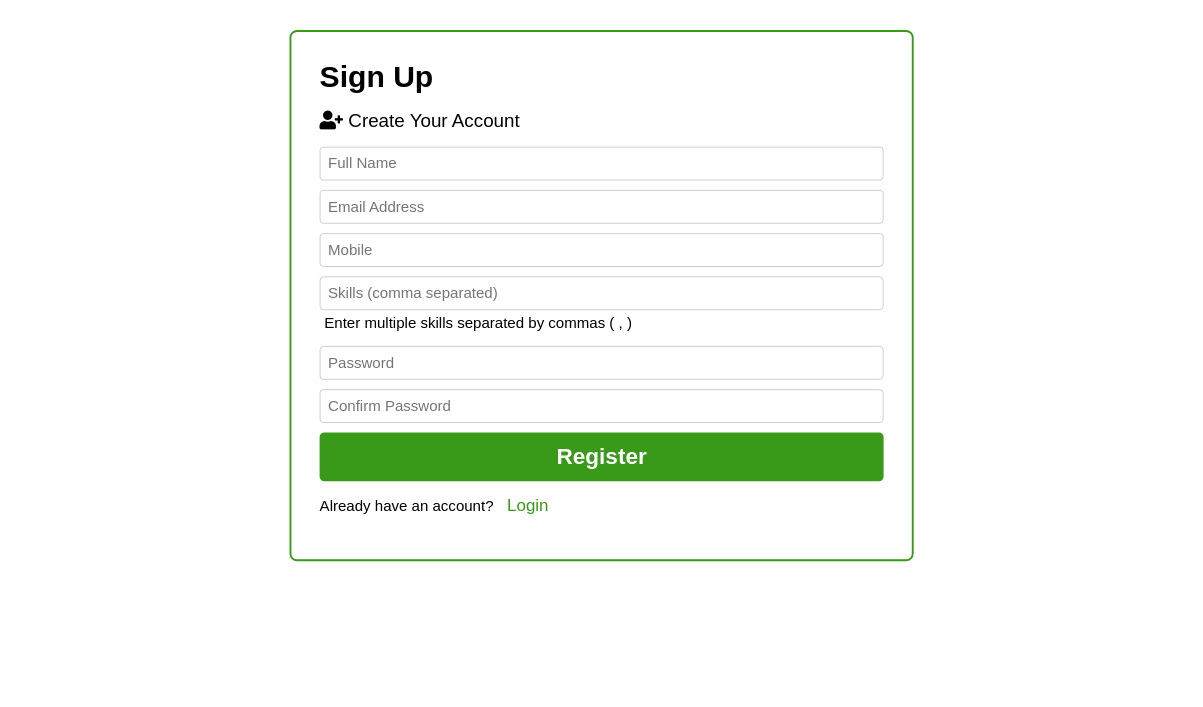
Repository: sayyad-mukthumsa-123/DevMania
Page: /register (app in frontend/)
These files come from the project's save history. The page is drawn as it stood at one moment and after the next save; the edit follows.
The browser window is 1280 px wide. The pictures show the whole page, at 94% of full size.
The project was rebuilt for these pictures with package versions that can differ from the ones it lists, and the page was loaded fresh each time. Also part of the build but not shown: frontend/src/pages/Home.js, frontend/src/pages/login.js, frontend/src/pages/Allprofiles.js, frontend/src/pages/MyProfile.js, frontend/src/pages/Indprofile.js.

Above is the page before, as saved 2025-03-01 10:41:49.

### frontend/public/index.html
<!-- public/index.html -->
<!DOCTYPE html>
<html lang="en">
<head>
  <meta charset="UTF-8">
  <meta name="viewport" content="width=device-width, initial-scale=1.0">
  <title>Developers Hub</title>
  <link rel="stylesheet" href="https://cdnjs.cloudflare.com/ajax/libs/font-awesome/5.15.3/css/all.min.css">
</head>
<body>
  <div id="root"></div>
</body>
</html>

### frontend/src/App.js
import React from 'react'
import {BrowserRouter,Route,Routes} from 'react-router-dom'
import Home from './pages/Home'
import Login from './pages/login'
import Register from './pages/register'
import Allprofiles from './pages/Allprofiles'
import MyProfile from './pages/MyProfile'
import Indprofile from './pages/Indprofile'

const App = () => {
  return (
    <div>

      <BrowserRouter>
      <Routes>
        <Route path='/' exact Component={Home}/>
        <Route path='/login' exact Component={Login}/>
        <Route path='/register' exact Component={Register}/>
        <Route path='/allprofiles' exact Component={Allprofiles}/>
        <Route path='/myprofile' exact Component={MyProfile}/>
        <Route path='/indprofile/:fullname/:email/:skill/:id' exact Component={Indprofile}/>
      </Routes>
      </BrowserRouter>
    </div>
  )
}

export default App

### frontend/src/pages/register.js
import React, { useState } from 'react';
import { Link, useNavigate } from 'react-router-dom';
import axios from 'axios';
import '../styles/styles.css';

const Register = () => {
    const [formData, setFormData] = useState({
        fullname: '',
        email: '',
        mobile: '',
        skill: '',
        password: '',
        confirmPassword: ''
    });

    const navigate = useNavigate();

    const handleChange = e => {
        setFormData({ ...formData, [e.target.name]: e.target.value });
    };

    const handleSubmit = async e => {
        e.preventDefault();

        if (formData.password !== formData.confirmPassword) {
            alert("Passwords do not match");
            return;
        }

        try {
            const response = await axios.post('http://localhost:5000/register', formData, {
                headers: {
                    'Content-Type': 'application/json',
                }
            });

            if (response.status === 200) {
                console.log('Success:', response.data);
                alert('Registration successful! Please log in.');
                navigate('/login');
            } else {
                console.error('Error:', response.statusText);
            }
        } catch (error) {
            console.error('Error:', error);
        }
    };

    return (
        <div >
            <section className="container">
                <h1 className='large'>Sign Up</h1>
                <p className='lead'><i className="fas fa-user-plus"></i> Create Your Account</p>
                <form className='form' onSubmit={handleSubmit} autoComplete='off'>
                    <div className='form-group'>
                        <input
                            type='text'
                            placeholder='Full Name'
                            name="fullname"
                            value={formData.fullname}
                            onChange={handleChange}
                            required
                        />
                    </div>
                    <div className='form-group'>
                        <input
                            type='email'
                            placeholder='Email Address'
                            name="email"
                            value={formData.email}
                            onChange={handleChange}
                            required
                        />
                    </div>
                    <div className='form-group'>
                        <input
                            type='text'
                            placeholder='Mobile'
                            name="mobile"
                            value={formData.mobile}
                            onChange={handleChange}
                            required
                        />
                    </div>
                    <div className='form-group'>
                        <input
                            type='text'
                            placeholder='Skills (comma separated)'
                            name="skill"
                            value={formData.skill}
                            onChange={handleChange}
                            required
                        />
                        <p className='form-text'>Enter multiple skills separated by commas ( , )</p>
                    </div>
                    <div className='form-group'>
                        <input
                            type='password'
                            placeholder='Password'
                            name="password"
                            value={formData.password}
                            onChange={handleChange}
                            minLength='6'
                            required
                        />
                    </div>
                    <div className='form-group'>
                        <input
                            type='password'
                            placeholder='Confirm Password'
                            name="confirmPassword"
                            value={formData.confirmPassword}
                            onChange={handleChange}
                            minLength='6'
                            required
                        />
                    </div>
                    <input type='submit' className='btn' value="Register" />
                </form>
                <p className="text">
                    Already have an account? <Link to="/login" className='link-auth'>Login</Link>
                </p>
            </section>
        </div>
    );
}

export default Register;

### frontend/src/styles/styles.css
/* General reset */
body, html {
  margin: 0;
  padding: 0;
  font-family: Arial, sans-serif;
  width: 100%;
  min-height: 100vh;

}

/* Navbar styles */
.navbar {
  display: flex;
  justify-content: space-between;
  align-items: center;
  padding: 1px !important;
  font-size: x-large;
  background-color: #22580f
}

.navbar h1 a {
  color: #ffffff;
  text-decoration: none;
}

.navbar ul {
  list-style: none;
  display: flex;
  margin: 0;
  font-size: larger;
}
.navbar ul li
{
  padding: 10px;
  transition: all 0.3s ease;
}
.navbar ul li:hover
{
  transform: scale(1.1);
}
.navbar ul li {
  margin-left: 1rem;
}

.navbar ul li a {
  color: #ffffff;
  text-decoration: none;
}

/* Landing page styles */
.landing {
  height: 100vh;
  display: flex;
  align-items: center;
  justify-content: center;
  color: white;
  position: relative;
  background: url('../images/home.png') no-repeat center center/cover;
  text-align: center;
  flex-direction: column;
}

.dark-overlay {
  position: absolute;
  top: 0;
  left: 0;
  right: 0;
  bottom: 0;
  background: rgba(0, 0, 0, 0.6); /* Adds a dark overlay for better text visibility */
  display: flex;
  flex-direction: column;
  justify-content: center;
  align-items: center;
}

.landing-inner {
  text-align: center;
  z-index: 2;
  position: relative;
  padding: 2rem;
  max-width: 800px;
}

.x-large {
  font-size: 4rem;
  font-weight: bold;
  margin-bottom: 1rem !important;
}

.lead {
  font-size: 1.5rem;
  margin-bottom: 2rem;
}

.buttons {
  display: flex;
  justify-content: center;
  gap: 1.5rem;
}

.btn, .btn-auth {
  width: auto;
  padding: 0.75rem 1.5rem;
  border: none;
  border-radius: 8px;
  cursor: pointer;
  text-decoration: none;
  font-size: 1.25rem;
  font-weight: bold;
  background-color: #399918;
  color: #ffffff;
  transition: all 0.3s ease;
}

.btn:hover,.btn-auth:hover {
  background-color:#256210;
  transition: all;
}

/* Ensure Navbar stays at the top */
.navbar {
  position: absolute;
  top: 0;
  left: 0;
  width: 100%;
  z-index: 3;
}


/* Container styles */
.container {
  width: 600px;
  margin: 2rem auto;
  padding: 30px;
  border: 2px solid #399918;
  color: black;
  border-radius: 8px;
  position: relative;
  z-index: 1; /* Ensures the container is above any background effects */
}

/* Form styles */
.form {


  display: flex;
  flex-direction: column;
}

.form-group {
  margin-bottom: 1.5rem;
}

.form-text
{
  margin:5px !important;
}


.form-group input:focus {
  border-color: #f6f7f9;
  box-shadow: 0 0 8px rgba(0, 123, 255, 0.3);
  outline: none;
}

.btn {
  display: inline-block;
  padding: 0.75rem 1.5rem;
  border: none;
  border-radius: 5px;
  cursor: pointer;
  text-decoration: none;
  font-size: 1.5rem;
  text-align: center;
}


.large {
  margin: 0 !important;
  font-size: 2rem;
  margin-bottom: 1rem;
}

.lead {
  font-size: 1.25rem;
  margin-bottom: 1rem;
}

.error {
  color: red;
  margin-top: 1rem;
}

p {
  margin-top: 1rem;
}
.link-auth{
  color:#399918;
  text-decoration: none;
  cursor: pointer;
  padding-left:10px ;
  transition: all 0.3s ease;
  display: inline-block;
  font-size: large;
}
.link-auth:hover
{
  transform: scale(1.3);
}
/* Profiles styles */
.profiles {
  display: flex;
  flex-direction: column;
  gap: 1rem;
}

.profile {
  background-color: #f4f4f4;
  padding: 1rem;
  display: flex;
  align-items: center;
  border: 1px solid #ccc;
  box-shadow: 0 4px 8px rgba(0, 0, 0, 0.1);
  border-radius: 5px;
  margin-bottom: 1rem;
}

.profile .round-img {
  width: 100px;
  border-radius: 50%;
  margin-right: 1rem;
}

.profile-info {
  flex: 1;
}

.profile-info h2 {
  margin: 0 0 0.5rem 0;
}

.profile-info p {
  margin: 0.5rem 0;
}

.profile-info .btn {
  display: inline-block;
  background-color:#399918;
  color: #fff;
  padding: 0.5rem 1rem;
  text-decoration: none;
  border-radius: 0.25rem;
  margin-top: 0.5rem;
  transition: all 0.3s ease;
}

.profile-info .btn:hover {
  transform: scale(1.1);
  background-color:#399918;
}

.profile-skills {
  list-style: none;
  padding: 0;
  display: flex;
  flex-direction: column;
  gap: 0.5rem;
  margin-left: 1rem;
  color: black;
}

.profile-skills li {
  display: flex;
  align-items: center;
  color:greenyellow;
}

.profile-skills li i {
  margin-right: 0.5rem;
}

/* GitHub Section */
.profile-github {
  margin-top: 1rem;
}

.profile-github h2 {
  margin-bottom: 1rem;
}

.repo {
  background: #fff;
  padding: 1rem;
  margin-bottom: 1rem;
  border: 1px solid #ccc;
}

.repo h4 {
  margin: 0.5rem 0;
}

.repo p {
  margin: 0.5rem 0;
}

/* Form */
.form {
  margin-top: 1rem;
}

.form-group {
  margin-bottom: 10px;
}

.form-group input {
  width:97%;
  padding: 0.5rem;
  border: 1px solid #ccc;
  border-radius: 0.25rem;
  font-size: 1rem;
}

.form-group input:focus {
  border-color: #007bff;
  outline: none;
}


/* Profile Grid */
.profile-grid {
  display: grid;
  grid-template-columns: 1fr;
  grid-gap: 1rem;
  margin-top: 1rem;
}

.profile-top {
  background: #0a0a0a;
  color: #fff;
  padding: 1rem;
  text-align: center;
}

.profile-top img {
  width: 150px;
  border-radius: 50%;
}

.profile-top h1 {
  margin: 0.5rem 0;
}

.profile-top p {
  margin: 0.5rem 0;
}
a{
  color:aqua
}
 .white-text {
  color: black;
}
 .skill-text {
  /* background-color: #5e585c16;  */
  color: #c51414;
  padding: 10px 15px;
  border-radius: 5px;
  display: flex;
  align-items: center;
  font-size: 16px;
  margin-top: 2px;
  /* box-shadow: 0 2px 4px rgba(0, 0, 0, 0.1);  */
}


.skill-text i {
  color: #28a745;
  margin-right: 30px;
}
.taskprovider
{
  color:#28a745;
  text-decoration: none;
  font-size: xx-large;
}

Loaded but not shown: frontend/src/index.js (common file); frontend/src/index.css (common file); frontend/src/reportWebVitals.js (common file)

After the next save:
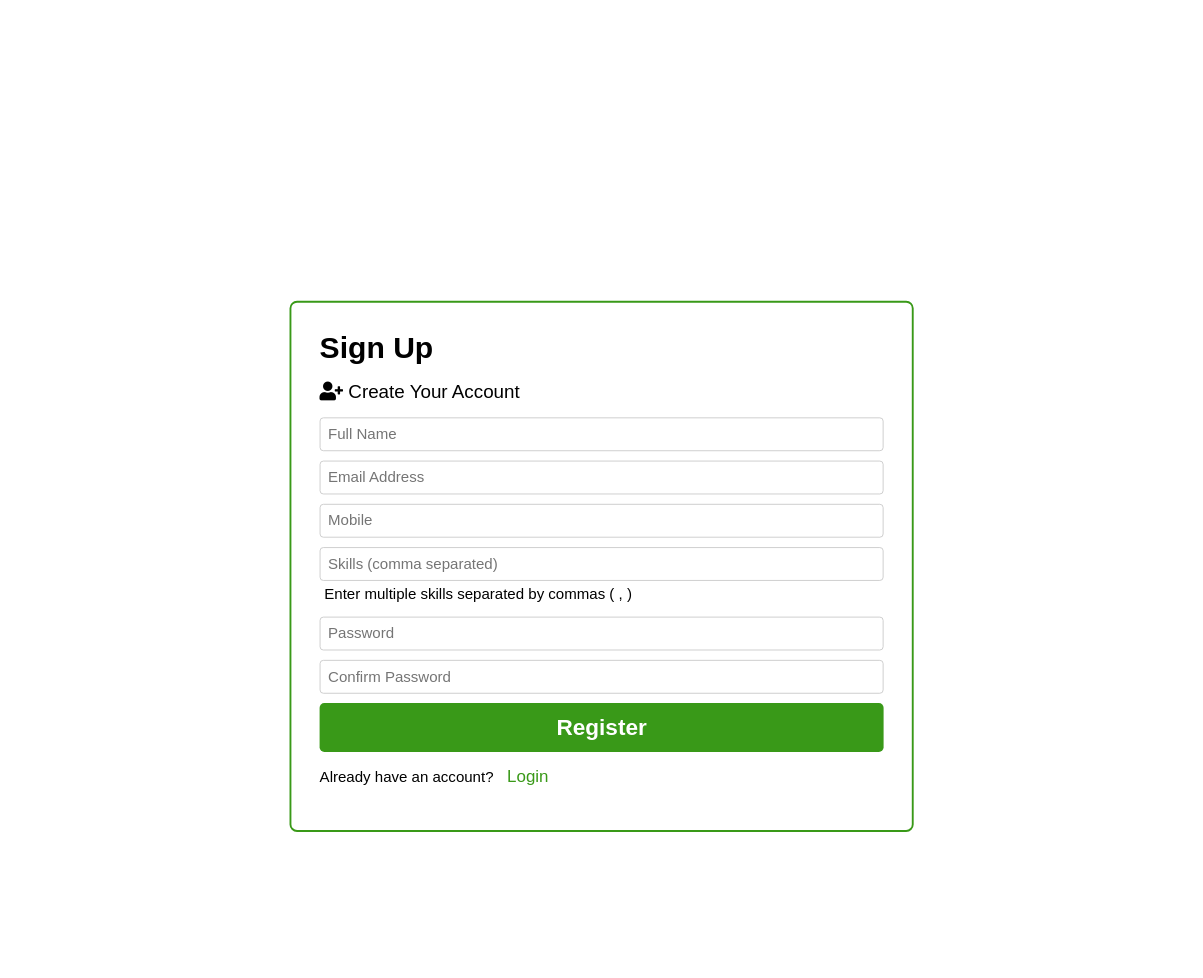
Saved 26 s later.
--- a/frontend/src/styles/styles.css
+++ b/frontend/src/styles/styles.css
@@ -130,7 +130,7 @@ body, html {
 /* Container styles */
 .container {
   width: 600px;
-  margin: 2rem auto;
+  margin: 20rem auto;
   padding: 30px;
   border: 2px solid #399918;
   color: black;
